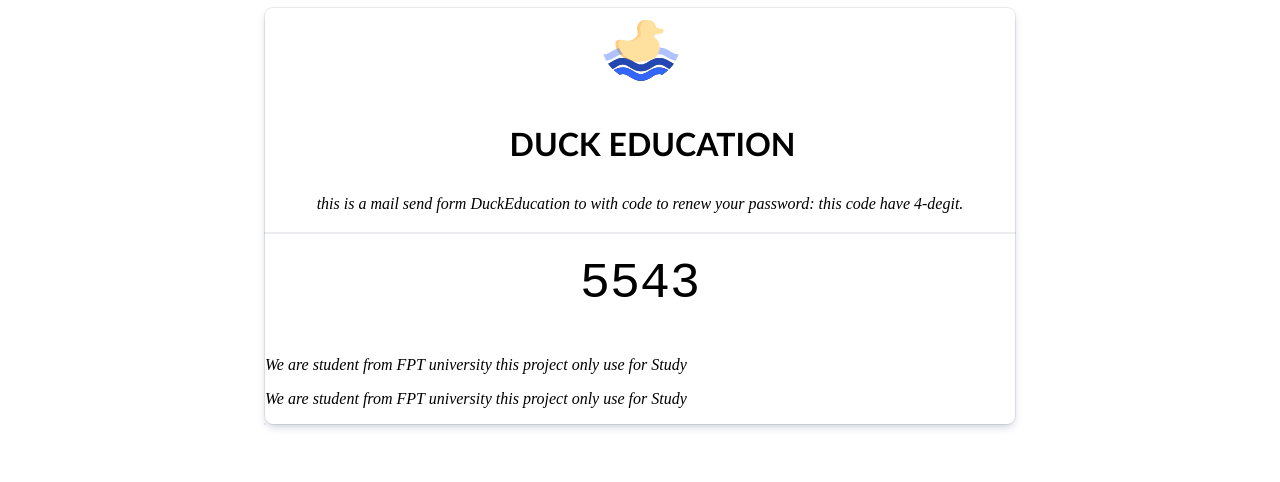
Repository: AOY311/DuckEdu
Page: mail-design.html
These files come from the project's save history. The page is drawn as it stood at one moment and after the next save; the edit follows.
The browser window is 1280 px wide. The pictures show the whole page.

Above is the page before, as saved 2021-10-27 20:36:28.

### mail-design.html
<!DOCTYPE html>
<html lang="en">

<head>
    <meta charset="UTF-8">
    <meta http-equiv="X-UA-Compatible" content="IE=edge">
    <meta name="viewport" content="width=device-width, initial-scale=1.0">
    <title>Document</title>
    <style>
        @import url('https://fonts.googleapis.com/css2?family=Roboto+Mono:ital,wght@0,100;0,200;0,500;1,500&display=swap');
        .contener {
            display: flex;
            justify-content: center;
            height: auto;
        }

        main {
            box-shadow: rgba(9, 30, 66, 0.25) 0px 4px 8px -2px, rgba(9, 30, 66, 0.08) 0px 0px 0px 1px;
            max-width: 750px;
            width: 750px;
            height: 100%;
            border-radius: .5rem;
        }

        .logo {
            width: 80px;
        }

        .mail {
            display: flex;
            flex-direction: column;
            align-items: center;
        }

        .mail:first-child span p {
            font-weight: 600;
            font-size: 2.5vw;
            font-family: 'Trebuchet MS', 'Lucida Sans Unicode', 'Lucida Grande', 'Lucida Sans', Arial, sans-serif;
            margin-left: 25px;
        }

        .mail:first-child::after {
            content: "";
            margin-top: 20px;
            margin-bottom: 50px;
            width: 100%;
            box-shadow: rgba(9, 30, 66, 0.25) 0px 4px 8px -2px, rgba(9, 30, 66, 0.08) 0px 0px 0px 1px;
        }

        main:last-child::after {
            content: "";
            margin-top: 20px;
            margin-bottom: 50px;
            width: 100%;
            box-shadow: rgba(9, 30, 66, 0.25) 0px 4px 8px -2px, rgba(9, 30, 66, 0.08) 0px 0px 0px 1px;
        }

        .code--renew {
            display: flex;
            justify-content: center;
            align-items: center;
            transform: translateY(-50%);
            font-size: 50px;
            height: 100%;
            width: 100%;
        }

        .newLine {
            display: flex;
            flex-direction: row;
        }
    </style>
</head>

<body>
    <div class="contener">
        <main>
            <div class="mail">
                <thead>
                    <span>
                        <div class="logo">
                            <img src="img/logo.svg" alt="Duck Logo">
                        </div>
                    </span>
                    <span>
                        <P>DUCK EDUCATION</P>
                    </span>
                </thead>
                <thead>
                    <i>this is a mail send form DuckEducation to with code to renew your password: this code have 4-degit.</i>
                </thead>
            </div>
            <thead>
                <div class="newLine">
                    <div class="code--renew">
                        <code>5543</code>
                    </div>
                </div>

            </thead>
            <thead>
                <span>
                    <p>
                        <i>We are student from FPT university this project only use for Study</i>
                    </p>
                </span>
                <span>
                    <p>
                        <i>We are student from FPT university this project only use for Study</i>
                    </p>
                </span>
            </thead>
        </main>
    </div>
</body>

</html>

After the next save:
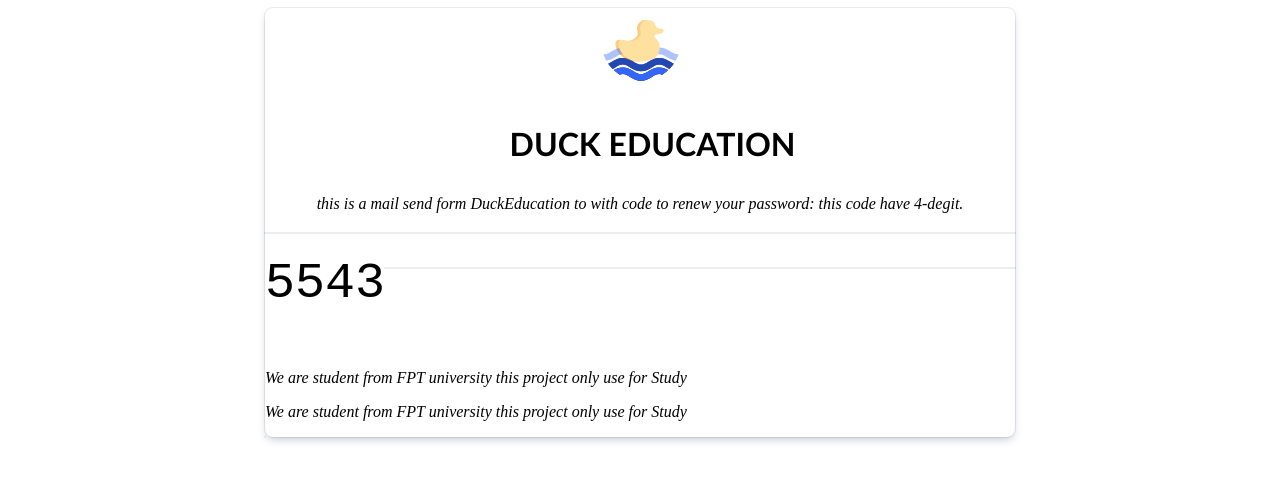
Saved 2 min 18 s later.
--- a/mail-design.html
+++ b/mail-design.html
@@ -65,6 +65,14 @@
             width: 100%;
         }
 
+        .code--renew::after {
+            content: "";
+            margin-top: 20px;
+            margin-bottom: 50px;
+            width: 100%;
+            box-shadow: rgba(9, 30, 66, 0.25) 0px 4px 8px -2px, rgba(9, 30, 66, 0.08) 0px 0px 0px 1px;
+        }
+
         .newLine {
             display: flex;
             flex-direction: row;
